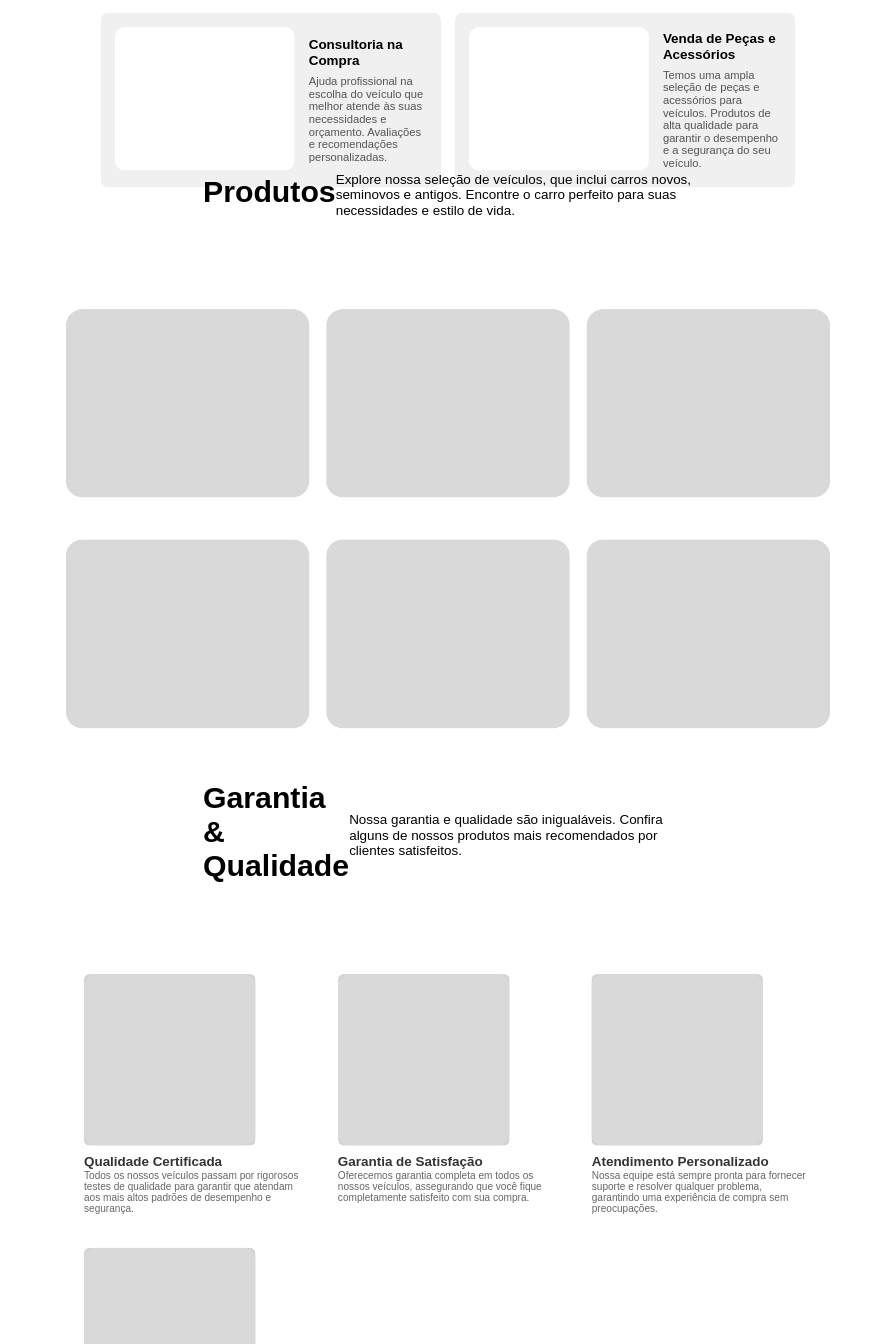
Repository: Matheus904-12/Reforma
Page: index.html
An editor plug-in stored every save of this project. The page is shown before and after the next save, followed by the edit.
The browser window is 1280 px wide. The pictures show the part of the page from y = 1211 to 3131 px (the page is 3593 px tall before and 3633 px after), at 70% of full size.
Some web libraries are served in a nearby version.

Above is the page before, as saved 2024-08-12 19:37:52.
Console error: TypeError: Cannot read properties of undefined (reading 'click')

After the next save:
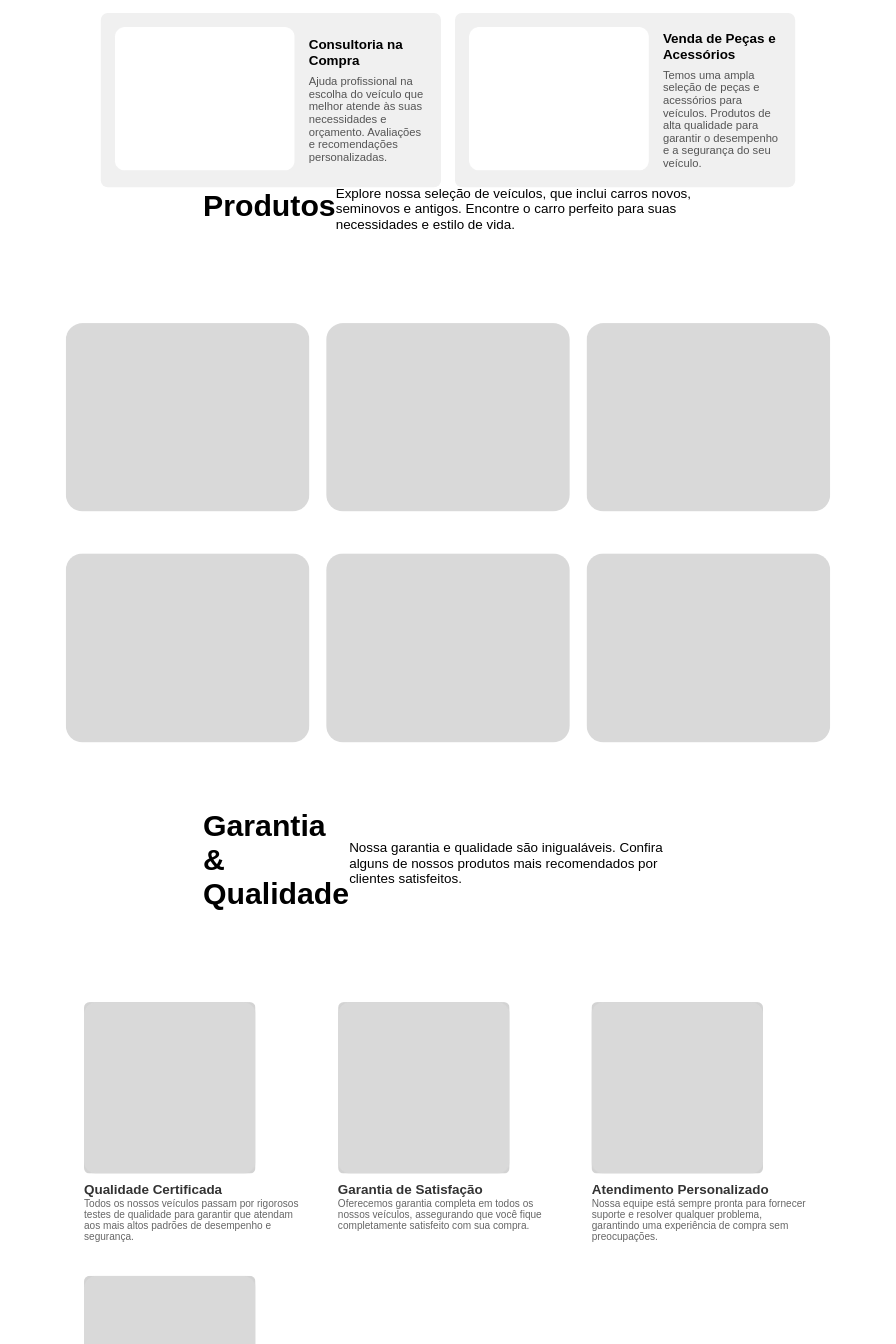
Saved 10 s later.
--- a/CSS/styles.css
+++ b/CSS/styles.css
@@ -167,7 +167,7 @@ header {
     justify-content: space-between;
     align-items: center;
     margin-bottom: 100px;
-    margin-top: -122px;
+    margin-top: -102px;
 }
 
 .servicos h2 {
